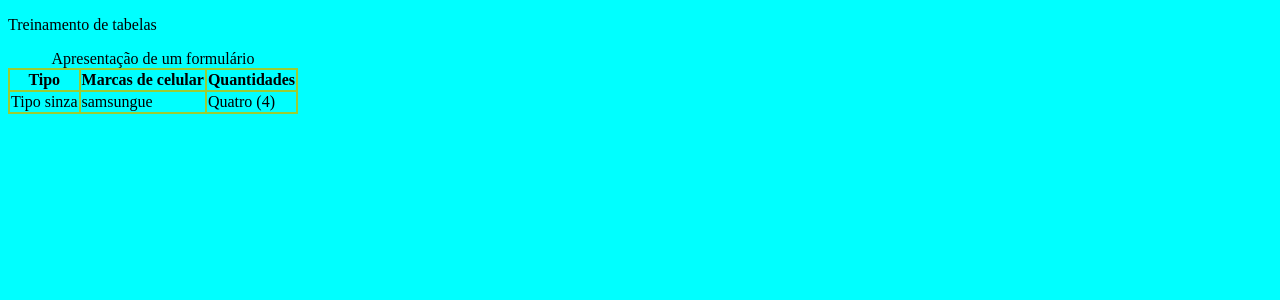
Repository: Vilmar-Freire/ESTUDOS-01-vilmar
Page: workspaces/SO-FIXAÇÃO-HTML/tabela.html
The author's editor kept a copy of each file at every save. The page is drawn from the files as they stood at one save, then again after a run of saves.
The browser window is 1280 px wide. The pictures show the whole page.

Above is the page before, as saved 2026-08-17 13:31:42.

After the next 3 saves:
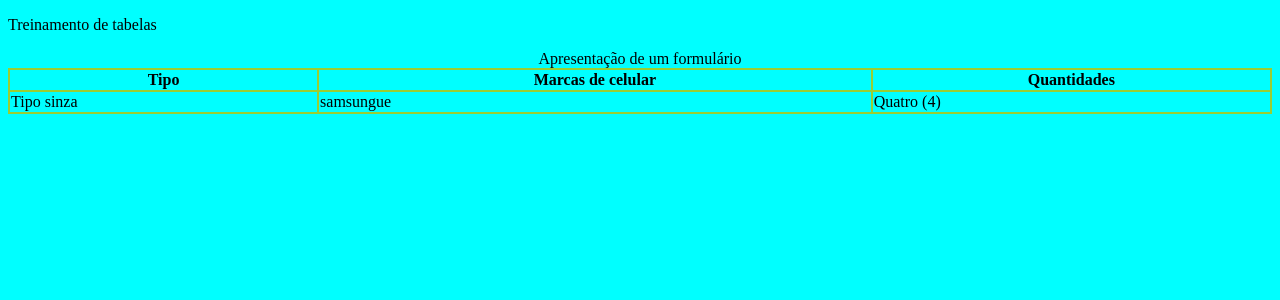
The 3 saves are shown as one change because they came seconds apart.
The last was saved 18 s later.
--- a/workspaces/SO-FIXAÇÃO-HTML/tabela.css
+++ b/workspaces/SO-FIXAÇÃO-HTML/tabela.css
@@ -8,5 +8,5 @@ table th, table td{
 
 table{
     border-collapse: collapse;
-    wih
+    width: 100%;
 }
